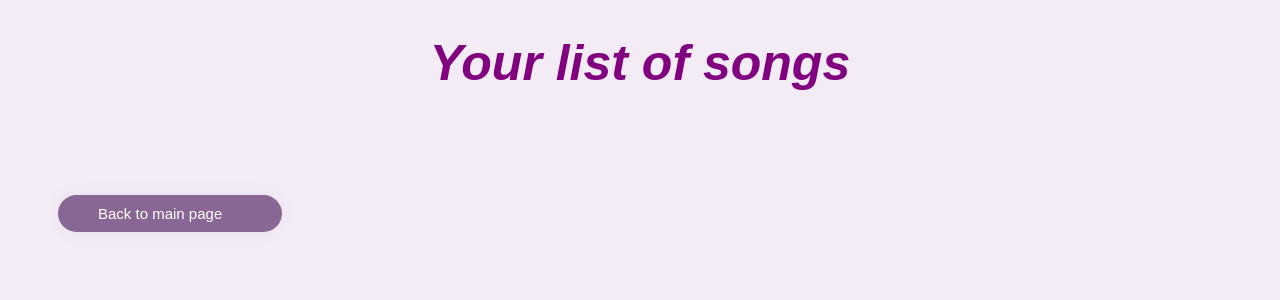
Repository: mariacostan/proiect_CC
Page: frontend/listOfSongs.html
The author's editor kept a record of every edit. The page is drawn from the files as they stood at one moment, then again after the next edit.
The browser window is 1280 px wide. The pictures show the whole page.
The page's requests for data from a server got no answer.

Above is the page before.

After the next edit:
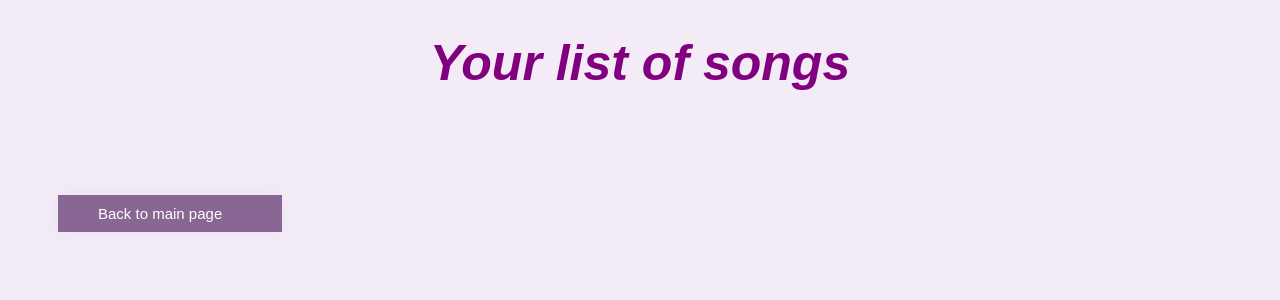
The edit:
--- a/frontend/listOfSongs.html
+++ b/frontend/listOfSongs.html
@@ -12,7 +12,6 @@
     }
     .buton{
                     cursor: pointer;
-        border-radius: 5em;
         color: #fff;
         background: #896794;
         border: 0;
